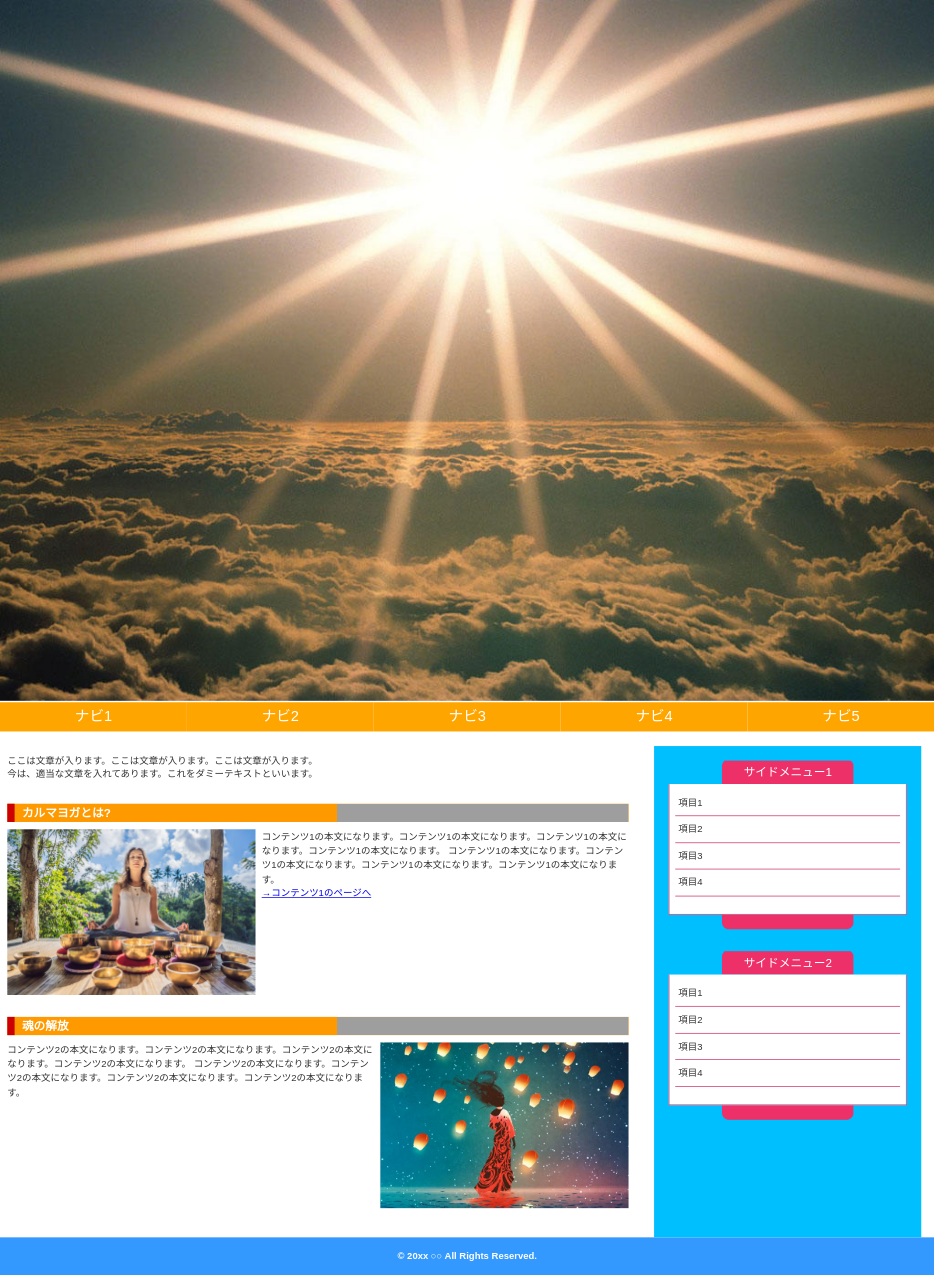
Repository: jahoel/Test-site
Page: home.html
The author's editor kept a record of every edit. The page is drawn from the files as they stood at one moment, then again after the next edit.
The browser window is 1280 px wide. The pictures show the whole page, at 73% of full size.
Pictures or frames that could not be fetched are drawn as grey boxes.

Above is the page before.

### home.html
<!DOCTYPE html>
<html lang="ja">
    <head>
        <meta charset="UTF-8">
        <title>カウンセラーサイト</title>
        <link rel="stylesheet" href="stylesheet.css">
    </head>
    <body>
        <div id="header">
            <h1><a href="index.html"><img id="corridor" src="images/corridor.jpg" alt="セラピー" /></a></h1>
        </div>
        <div id="wrapper">
            <div id="nav">
                <ul>
                    <li><a href="home.html">ナビ1</a></li>
                    <li><a href="#">ナビ2</a></li>
                    <li><a href="#">ナビ3</a></li>
                    <li><a href="#">ナビ4</a></li>
                    <li><a href="#">ナビ5</a></li>
                </ul>
            </div>
            <div id="container">
                <div id="main">
                    <div class="post">
                        <p>ここは文章が入ります。ここは文章が入ります。ここは文章が入ります。<br />今は、適当な文章を入れてあります。これをダミーテキストといいます。</p>
                    </div>
                    <div class="post clearfix">
                        <h2>カルマヨガとは?</h2>
                        <img class="left" src="images/classroom.jpg" alt="カルマヨガ" />
                        <p>
                            コンテンツ1の本文になります。コンテンツ1の本文になります。コンテンツ1の本文になります。コンテンツ1の本文になります。
                            コンテンツ1の本文になります。コンテンツ1の本文になります。コンテンツ1の本文になります。コンテンツ1の本文になります。
                        </p>
                        <p><a href="#">→コンテンツ1のページへ</a></p>
                    </div>
                    <div class="post clearfix">
                        <h2>魂の解放</h2>
                        <img class="right" src="images/scale.jpg" alt="魂の解放" />
                        <p>
                            コンテンツ2の本文になります。コンテンツ2の本文になります。コンテンツ2の本文になります。コンテンツ2の本文になります。
                            コンテンツ2の本文になります。コンテンツ2の本文になります。コンテンツ2の本文になります。コンテンツ2の本文になります。
                        </p>
                    </div>
                </div>
                <div id="side">
                    <div class="box">
                        <h2>サイドメニュー1</h2>
                        <div class="boxBody">
                            <ul>
                                <li>項目1</li>
                                <li>項目2</li>
                                <li>項目3</li>
                                <li>項目4</li>
                            </ul>
                        </div>
                    </div>
                    <div class="box">
                        <h2>サイドメニュー2</h2>
                        <div class="boxBody">
                            <ul>
                                <li>項目1</li>
                                <li>項目2</li>
                                <li>項目3</li>
                                <li>項目4</li>
                            </ul>
                        </div>
                    </div>
                </div>
            </div>
        </div>
        <div id="footer">
            <p>&copy; 20xx ○○ All Rights Reserved.</p>
        </div>
    </body>
</html>

### stylesheet.css
@charset "utf-8";

body {
	margin: 0;
	padding: 0;
	font-family: "ヒラギノ角ゴ Pro W3", "Hiragino Kaku Gothic Pro", "メイリオ", Meiryo, Osaka, "ＭＳ Ｐゴシック", "MS PGothic", sans-serif;
	color: #333;
	font-size: 13px;
	line-height: 150%;
}

/* -------------------- wrapper -------------------- */
#wrapper {
	width: 100%;
	margin: auto;
	padding: 0px;
	border: 0px;
	background-color: #FFF;
	top: 10px;
}

/* -------------------- header -------------------- */
#header {
	width: 100%;
}
#header h1 {
	margin: 0;
	padding: 0;
}

#corridor {
	width: 100%;
	height: auto;
}

/* -------------------- footer -------------------- */
#footer {
	clear: both;
	width: 100%;
	padding: 3px 0 3px 0;
	background: #39F;
	color: #FFF;
	font-weight: bold;
	text-align: center;
}

/* -------------------- nav -------------------- */
#nav {
	width: 100%;
}
#nav ul {
	display: flex;
	margin: 0;
	padding: 0;
	list-style-type: none;
}
#nav ul li {
	width: 20%;
	text-align: center;
}
#nav ul li a {
	display: block;
	height: 20px;
	margin: 0;
	padding: 10px;
	color: #FFF;
	font-size: 20px;
	text-decoration: none;
	background-color: orange;
}

#nav ul li a:hover {
	filter: drop-shadow(10px 10px 10px black);
}

/* -------------------- container -------------------- */
#container {
	width: 100%;
	margin: auto ;
	padding: auto;
	padding-top: 20px;
	clear: both;
	display: grid;
	grid-template-columns: 70vw 30vw;
}
/* -------------------- main -------------------- */
#main {
	width: 95%;
	padding: 10px 30px 10px 10px;
}
#main h1 {
	margin: 0 20px 0 0;
	padding: 10px 5px;
	color: #FFF;
	font-size: 30px;
	border-left: solid 10px #C00;
	background: #F90 repeat-y;
}
#main h2 {
	margin: 0 0 10px 0;
	padding: 3px 10px 3px 10px;
	color: #FFF;
	font-size: 16px;
	border-left: solid 10px #C00;
	background: #F90 url(../images/main_h2.jpg) right top repeat-y;
}
#main p {
	margin: 0;
	padding: 0;
}
#main .post {
	margin: 0 0 30px 0;
}

#main .post img.right {
	margin: 0 0 0 8px;
}
#main .post img.left {
	margin: 0 8px 0 0;
}

.right {
	float: right;
	width: 40%;
	height: auto;
}
.left {
	float: left;
	width: 40%;
	height: auto;
}

/* -------------------- clearfix -------------------- */
.clearfix {
	zoom: 1;
}
.clearfix:after{
	content: "";
	display: block;
	clear: both;
}

/* -------------------- side -------------------- */
#side {
	width: 85%;
	padding: 20px;
	background-color: #00bfff;
}
#side .box {
	margin: 0 auto 30px auto;
	padding: 0 0 20px 0;
	background: url(images/side_box.png) bottom no-repeat;
}
#side .box h2 {
	margin: 0;
	padding: 8px;
	text-align: center;
	color: #fff;
	font-size: 16px;
	line-height: 16px;
	font-weight: normal;
	background: url(images/side_box_h2.png) center no-repeat;
}
#side .box .boxBody {
	padding: 8px;
	border-right: solid 1px #C36;
	border-bottom: solid 1px #C36;
	border-left: solid 1px #C36;
	background: #fff;
}
#side .box .boxBody ul {
	margin: 0 0 16px 0;
	padding: 0;
}
#side .box .boxBody ul li {
	padding: 8px 0 8px 4px;
	list-style: none;
	border-bottom: solid 1px #C36;
}

#side .box .boxBody ul li:hover {
	padding: 8px 0 8px 4px;
	list-style: none;
	border-bottom: solid 1px #f4a460;
	box-shadow: 0px 4px 4px rgba(0, 0, 0, 0.3);
}

After the next edit:
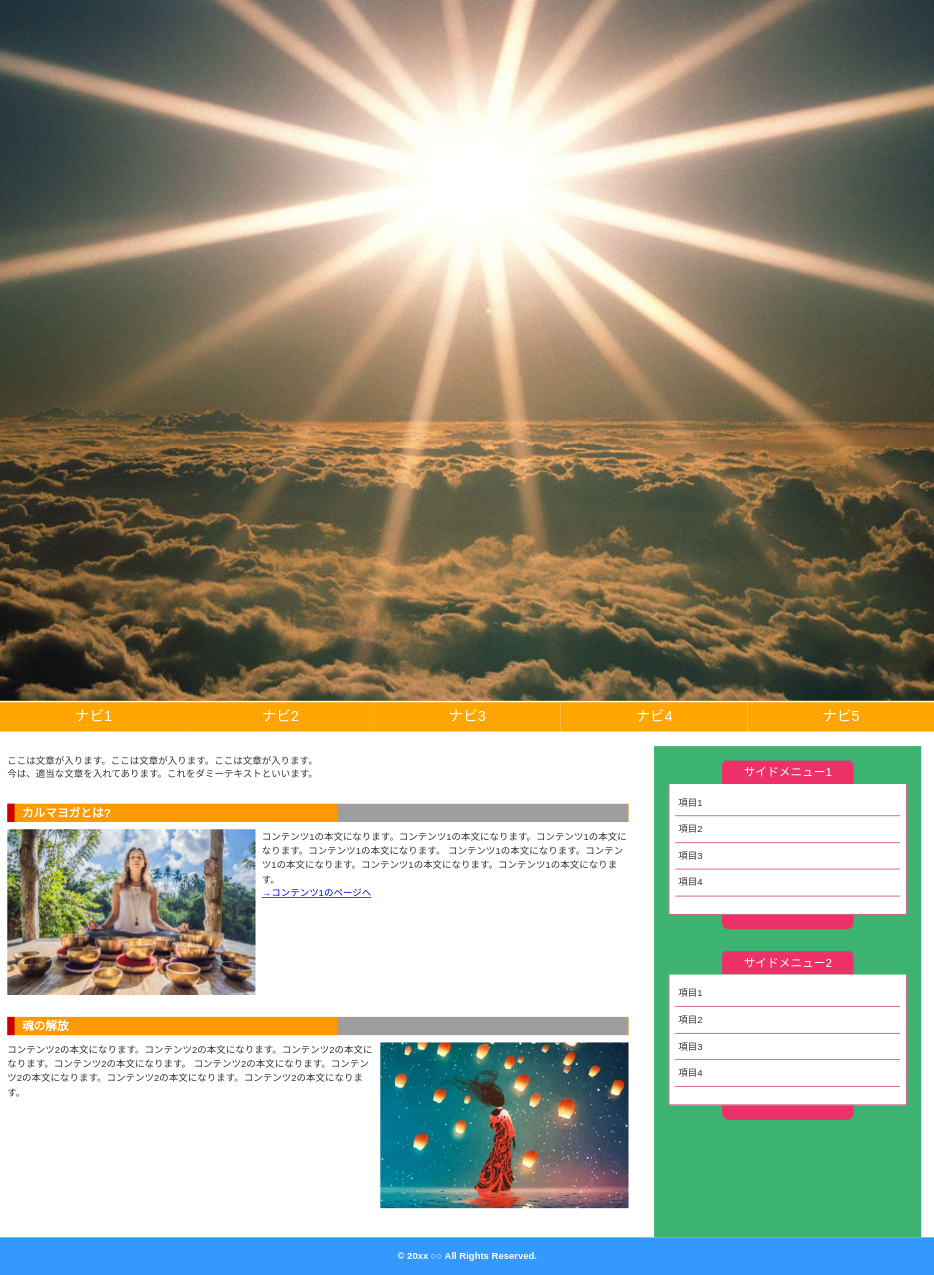
The edit:
--- a/stylesheet.css
+++ b/stylesheet.css
@@ -144,7 +144,7 @@
 #side {
 	width: 85%;
 	padding: 20px;
-	background-color: #00bfff;
+	background-color: #3cb371;
 }
 #side .box {
 	margin: 0 auto 30px auto;
